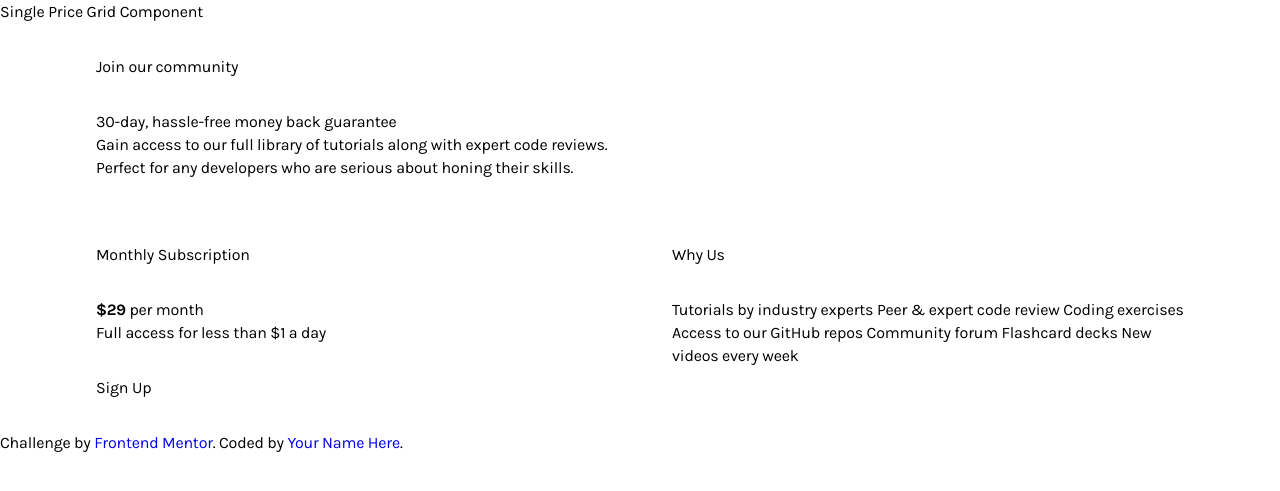
Repository: bangjuyoung/bangjuyoung
Page: practice/frontend-mentor/single-price-grid-component/index.html
The author's editor kept a copy of each file at every save. The page is drawn from the files as they stood at one save, then again after the next save.
The browser window is 1280 px wide. The pictures show the whole page.

Above is the page before, as saved 2019-06-16 12:34:55.

### practice/frontend-mentor/single-price-grid-component/index.html
<!DOCTYPE html>
<html lang="en">

<head>
  <meta charset="UTF-8">
  <meta name="viewport" content="width=device-width, initial-scale=1.0">
  <title>Frontend Mentor | Single Price Grid Component</title>
  <link rel="icon" type="image/png" sizes="32x32" href="./images/favicon-32x32.png">
  <link rel="stylesheet" href="../../../assets/css/base.css">
  <link href="https://fonts.googleapis.com/css?family=Karla:400,700&display=swap" rel="stylesheet">
  <link rel="stylesheet" href="./default.css">
</head>

<body>
  <main role="main">
    <h1>Single Price Grid Component</h1>
    <article class="single-price">

      <section class="single-price__primary single-price__divider">
        <div class="single-price__header">
          <h2 class="single-price__title">Join our community</h2>
        </div>
        <div class="single-price__body">
          <h3 class="single-price__subtitle">30-day, hassle-free money back guarantee</h3>
          <p>Gain access to our full library of tutorials along with expert code reviews.</p>
          <p>Perfect for any developers who are serious about honing their skills.</p>
        </div>
      </section>

      <div class="single-price__secondary">
        <section class="single-price__divider">
          <div class="single-price__header">
            <h3 class="single-price__subtitle">Monthly Subscription</h3>
          </div>
          <div class="single-price__body">
            <p><strong>&dollar;29</strong> per month</p>
            <p>Full access for less than &dollar;1 a day</p>
          </div>
          <footer class="single-price__footer">
            <a class="btn btn-secondary btn-block">Sign Up</a>
          </footer>
        </section>

        <section class="single-price__divider">
          <div class="single-price__header">
            <h4 class="single-price__subtitle">Why Us</h4>
          </div>
          <div class="single-price__body">
            <p>
              Tutorials by industry experts
              Peer &amp; expert code review
              Coding exercises
              Access to our GitHub repos
              Community forum
              Flashcard decks
              New videos every week
            </p>
          </div>
        </section>
      </div>

    </article>
  </main>


  <footer role="contentinfo">
    <p class="attribution">
      Challenge by <a href="https://www.frontendmentor.io?ref=challenge" target="_blank" rel="noopener">Frontend
        Mentor</a>.
      Coded by <a href="#">Your Name Here</a>.
    </p>
  </footer>
</body>

</html>

### assets/css/base.css
@charset "UTF-8";

/*
// Base
//
// Normalization of HTML elements, manually forked from Normalize.css to remove
// styles targeting irrelevant browsers while applying new styles.
//
// Normalize is licensed MIT. https://github.com/necolas/normalize.css
*/

/*
 * Document
 */

*,
*::before,
*::after {
  /* padding 과 border 가 요소 너비에 포함되도록 설정 */
  box-sizing: border-box;
}

html {
  /* 모든 브라우저에 기본 폰트 및 line-height 설정 */
  font-family: sans-serif;
  line-height: 1.15;
  /* window 폰의 IE 나 iOS 에서 방향 변경시 폰트 사이즈 수정되는 현상 막음 */
  -webkit-text-size-adjust: 100%;
  /* @viewport 설정시 IE11 과 Edge 에서 스크롤바가 컨텐트에 겹치므로 겹치지 않고 자동 숨김 되지 않도록 강제 */
  -ms-overflow-style: scrollbar;
  /* iOS 에서 완전히 투명으로 보이기 위해 기본 탭 하이라이트 변경 */
  -webkit-tap-highlight-color: rgba(0, 0, 0, 0);
}

/* IE10 이하 및 오래된 브라우저에서 새 HTML5 요소들 맞게 표시 */
article,
aside,
figcaption,
figure,
footer,
header,
hgroup,
main,
nav,
section {
  display: block;
}

/* 여백 초기화 */
body,
h1,
h2,
h3,
h4,
h5,
h6,
p,
ol,
ul,
dl,
blockquote,
pre,
figure,
input,
button,
select,
optgroup,
textarea,
fieldset {
  margin: 0;
}

/*
 * Body
 */

/*
  -apple-system, // Safari for OS X and iOS (San Francisco)
  BlinkMacSystemFont, // Chrome < 56 for OS X (San Francisco)
  "Segoe UI", // Windows
  "Roboto", // Android
  "Helvetica Neue", Arial, sans-serif, // Basic web fallback
  "Apple Color Emoji", "Segoe UI Emoji", "Segoe UI Symbol" !default; // Emoji fonts
 */

body {
  font-family: -apple-system, BlinkMacSystemFont, 'Segoe UI', Roboto,
    'Helvetica Neue', Arial, Noto Sans, sans-serif, 'Apple Color Emoji',
    'Segoe UI Emoji', 'Segoe UI Symbol', 'Noto Color Emoji';
  font-size: 1rem;
  font-weight: 400;
  line-height: 1.5;
  /* 명시적으로 기본값을 지정해 하위 요소들이 상속 받을 수 있게 함 */
  text-align: left;
  /* 기본 배경색 지정 */
  background-color: #fff;
}

body,
input,
textarea,
select,
button {
  font-synthesis: none;
  -moz-font-feature-settings: 'kern';
  -webkit-font-smoothing: antialiased;
  -moz-osx-font-smoothing: grayscale;
}

/*
 * Future-proof rule: in browsers that support :focus-visible,
 * focus outline 을 표시하지 않는 요소에 프로그램적으로 포커스가 갔을때 focus outline 숨김
 *
 * See https://developer.mozilla.org/en-US/docs/Web/CSS/:focus-visible
 * and https://developer.paciellogroup.com/blog/2018/03/focus-visible-and-backwards-compatibility/
 */
[tabindex='-1']:focus:not(:focus-visible) {
  outline: 0 !important;
}

/*
 * Content grouping
 *
 */

hr {
  box-sizing: content-box;
  height: 0;
  /* Edge와 ie에서 overflow 표시 */
  overflow: visible;
}

/*
 * Typography
 */

h1,
h2,
h3,
h4,
h5,
h6 {
  font-size: inherit;
  font-weight: inherit;
}

/*
 * Abbreviations
 */

abbr[title] {
  /* Chrome, Edge, IE, Opera, 그리고 Safari 에서 테스트 표시줄 스타일 정정 */
  text-decoration: underline;
  text-decoration: underline dotted;
  /* 바뀐 행위를 나타내기 위해 명시적으로 커서를 추가 */
  cursor: help;
  /* Firefox 39이하에서 나타나는 테스트 하단 테투리 제거 */
  border-bottom: 0;
  /* 텍스트 표시줄이 건너뛰지 않도록 설정 */
  text-decoration-skip-ink: none;
}

address {
  font-style: normal;
  line-height: inherit;
}

b,
strong {
  /* Chrome, Edge, 그리고 Safari 에서 올바른 글자 굵기 정정 */
  font-weight: bolder;
}

small {
  /* 모든 브라우저에서 글자 크기 정정 */
  font-size: 85%;
}

/*
 * 모든 브라우저에서 sub 과 sup 요소들이 즐 간격 영향 받지 않도록 설정
 */

sub,
sup {
  position: relative;
  font-size: 75%;
  line-height: 0;
  vertical-align: baseline;
}

sub {
  bottom: -0.25em;
}

sup {
  top: -0.5em;
}

/*
 * Links
 */

a {
  text-decoration: none;
  /* IE 10 에서 현재 열려 있는 링크에 나타나는 회색배경색을 제거 */
  background-color: transparent;
}

a:hover {
  text-decoration: underline;
}

/*
 * tablindex 없이는 명시적으로 키보드 포커스가 가능하지 않도록 href 속성이 없는 플레이스 홀더 링크/네임 앵커에 대한 스타일 재지정
 * 단순히 a[href] 로 스타일 지정이 간단할 수 있지만, 많은 다른 스타일내에서 고치기엔 복잡한 특정 이슈 유발 가능성 존재
 * See https://github.com/twbs/bootstrap/issues/19402
 */

a:not([href]):not([tabindex]) {
  color: inherit;
  text-decoration: none;
}

a:not([href]):not([tabindex]):hover,
a:not([href]):not([tabindex]):focus {
  color: inherit;
  text-decoration: none;
}

a:not([href]):not([tabindex]):focus {
  outline: 0;
}

/*
 * Code
 */

pre,
code,
kbd,
samp {
  font-family: SFMono-Regular, Menlo, Monaco, Consolas, 'Liberation Mono',
    'Courier New', monospace;
  /* 모든 브라우저에서 이상한 em 글자 크기 정정 */
  font-size: 1em;
}

pre {
  /* 바깥 영역을 깨지 않도록 내용 영역 오버플로우 설정 */
  overflow: auto;
  /* IE11 와 Edge 에서 @viewport 설정시 스크롤바가 내용을 덮는 현상에서 내용 덮지 않고 자동으로 숨겨지지 않도록 재지정  */
  -ms-overflow-style: scrollbar;
}

/*
 * Images and content
 */

img {
  vertical-align: middle;
  /* IE10 이하에서 링크 내 이미지 요소들에 테두리 제거 */
  border-style: none;
}

svg {
  /*
     * IE10/11 에서 오버플로우 되는 버그로 인해 필요
     * See https://github.com/twbs/bootstrap/issues/26878
     */
  overflow: hidden;
  vertical-align: middle;
}

/*
 * Tables
 */

table {
  /* Prevent double borders 테두리들이 맞 닿았을 때 합쳐지도록 설정 */
  border-collapse: collapse;
}

/* body 요소나 가장 가까운 부모로 부터 지정된 텍스트 정렬 요소를 상속해 td 요소 정렬과 일치 */
caption,
th {
  text-align: inherit;
}

/*
 * Forms
 */

/*
 * macOS Chrome 에서 추가되는 기본 border-radius  제거
 * Details at https://github.com/twbs/bootstrap/issues/24093
 */
button {
  border-radius: 0;
}

/* Firefox/IE 에서 button 배경색이 투명일 때 기본 button 포커스 스타일이 손실되는 버그 피함
 * Credit: https://github.com/suitcss/base/
 */
button:focus {
  outline: 1px dotted;
  outline: 5px auto -webkit-focus-ring-color;
}

input,
button,
select,
optgroup,
textarea {
  font-family: inherit;
  font-size: inherit;
  line-height: inherit;
}

button,
input {
  /* Edge 에서 overflow 보임  */
  overflow: visible;
}

button,
select {
  /* Firefox 에서 텍스트 변형 상속되는 것을 제거 */
  text-transform: none;
}

/* 1. Android 4 에서 기본 audio 와 video 컨트롤이 제거되는 WebKit 버그 제거 */
button,
[type="button"],
/* 1 */
[type="reset"],
[type="submit"] {
  /* iOS 와 Safari 에서 클릭 가능한 타입으로 스타일 정정  */
  -webkit-appearance: button;
}

/* Firefox 에서 안쪽 테두리와 여백 제거하고 Normalize 처럼 outline 을 복원하지 않음 */
button::-moz-focus-inner,
[type='button']::-moz-focus-inner,
[type='reset']::-moz-focus-inner,
[type='submit']::-moz-focus-inner {
  padding: 0;
  border-style: none;
}

/* IE 10 이하에서 box sizing 정정 추가 및 padding 제거 */
input[type='radio'],
input[type='checkbox'] {
  box-sizing: border-box;
  padding: 0;
}

input[type='date'],
input[type='time'],
input[type='datetime-local'],
input[type='month'] {
  /* Mobile Safari 에서 line-height 설정시 텍스트가 input 내 수직 중양 정렬되지 않는 버그를 피하기 위해 시간 input 기본 모양 제거
    // See https://bugs.webkit.org/show_bug.cgi?id=139848
    // and https://github.com/twbs/bootstrap/issues/11266
    */
  -webkit-appearance: listbox;
}

textarea {
  /* IE 에서 기본 수직 스크롤바 제거 */
  overflow: auto;
  /* textarea 는 수직으로만 리사이즈 되도록 설정 */
  resize: vertical;
}

fieldset {
  /*
     * fieldsets 은 min-width이 min-content 로 일반 블록 요소처럼 min-width 재지정
     * See https://github.com/twbs/bootstrap/issues/12359
     * and https://html.spec.whatwg.org/multipage/#the-fieldset-and-legend-elements
     * 페이지 레이아웃에 영향을 주지 않도록 기본 스타일 리셋
     */
  min-width: 0;
  padding: 0;
  border: 0;
}

/* 1. Edge 와 IE 에서 텍스트 래핑 정정 */
legend {
  display: block;
  width: 100%;
  /* 1 */
  max-width: 100%;
  margin-bottom: 0.5rem;
  padding: 0;
  font-size: 1.5rem;
  /* IE 에서 fieldset 요소로 부터 색상 상속하도록 정정 */
  color: inherit;
  line-height: inherit;
  /* 1 */
  white-space: normal;
}

progress {
  /* Chrome, Firefox, Opera 에서 vertical alignment 스타일 추가 */
  vertical-align: baseline;
}

[type='number']::-webkit-inner-spin-button,
[type='number']::-webkit-outer-spin-button {
  /* Chrome 에서 증감 버튼 커서 스타일 정정 */
  height: auto;
}

[type='search'] {
  /*
     * iOS 에서 검색 input 의 추가적인 둥근 코너를 오버라이드하여
     * 기본 form-control 클래스 스타일이 적절히 스타일 적용될 수 있도록 함
     * https://github.com/twbs/bootstrap/issues/11586.
     * Safari 에서 outline 스타일 정정
     */
  outline-offset: -2px;
  -webkit-appearance: none;
}

/*
 * macOS 에서 Chrome 과 Safari 에서 안쪽 여백 제거
 */

[type='search']::-webkit-search-decoration {
  -webkit-appearance: none;
}

::-webkit-file-upload-button {
  font: inherit;
  /* iOS 와 Safari 에서 클릭가능한 타입으로 정정 */
  -webkit-appearance: button;
}

/*
* 요소 디스플레이 정정
*/

output {
  display: inline-block;
}

summary {
  /* 모든 브라우저에서 적절한 디스플레이 속성 추가 */
  display: list-item;
  cursor: pointer;
}

template {
  /* IE에서 필요 */
  display: none;
}

[hidden] {
  /* hidden 속성을 가진 HTML 요소는 항상 숨김 (from PureCSS), IE 10 이하에서 필요 */
  display: none !important;
}

### practice/frontend-mentor/single-price-grid-component/default.css
@charset "UTF-8";

html {
    font-size: 15px;
}

body {
    font-family: 'Karla', sans-serif;
    letter-spacing: -0.013em;
    line-height: 1.44;
}

@media (min-width: 48rem) {
    html {
        font-size: 16px;
    }
}


/*
 * single-price
 */
.single-price {
    max-width: 36rem;
    margin-left: auto;
    margin-right: auto;
}

.single-price__divider {}

.single-price__header {
    padding: 2rem 2rem 0
}

.single-price__body {
    padding: 2rem;
}

.single-price__footer {
    padding: 0 2rem 2rem;
}

@media (min-width: 74rem) {
    .single-price {
        max-width: 72rem;
    }

    .single-price__secondary::after {
        content: '';
        display: block;
        clear: both;
    }

    .single-price__secondary .single-price__divider {
        float: left;
        width: 50%;
    }
}


/*
 * theme
 */
.text-primary {
    color: hsl(179, 62%, 43%);
}

.text-primary--gray {
    color: hsl(218, 22%, 67%);
}

.text-sedondary {
    color: hsl(71, 73%, 54%);
}

.text-gray--pale {
    color: hsl(204, 43%, 93%);
}

After the next save:
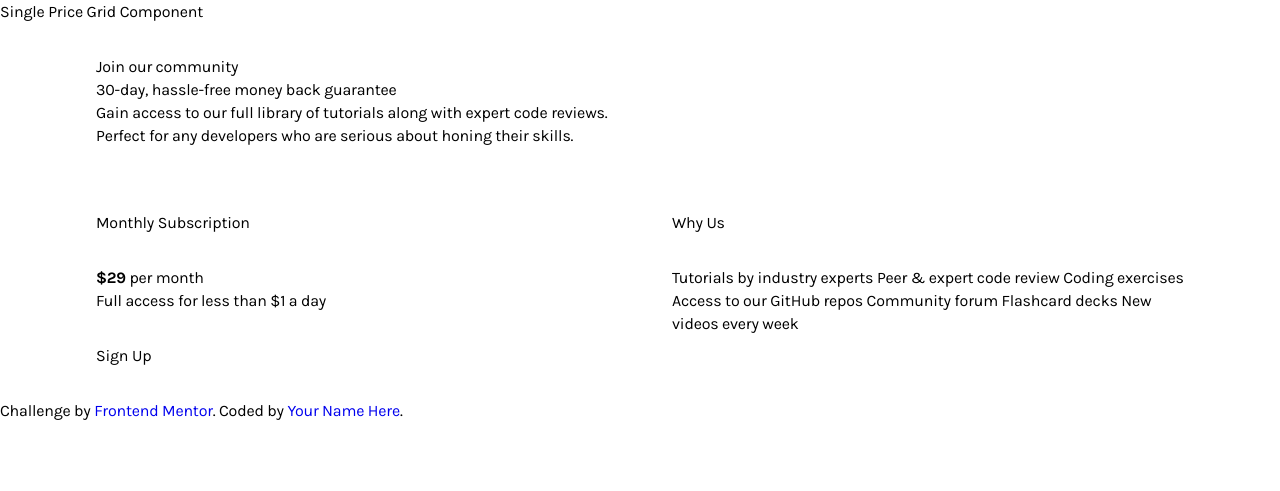
Saved 7 min 30 s later.
--- a/practice/frontend-mentor/single-price-grid-component/index.html
+++ b/practice/frontend-mentor/single-price-grid-component/index.html
@@ -17,10 +17,8 @@
     <article class="single-price">
 
       <section class="single-price__primary single-price__divider">
-        <div class="single-price__header">
+        <div class="single-price__body">
           <h2 class="single-price__title">Join our community</h2>
-        </div>
-        <div class="single-price__body">
           <h3 class="single-price__subtitle">30-day, hassle-free money back guarantee</h3>
           <p>Gain access to our full library of tutorials along with expert code reviews.</p>
           <p>Perfect for any developers who are serious about honing their skills.</p>
